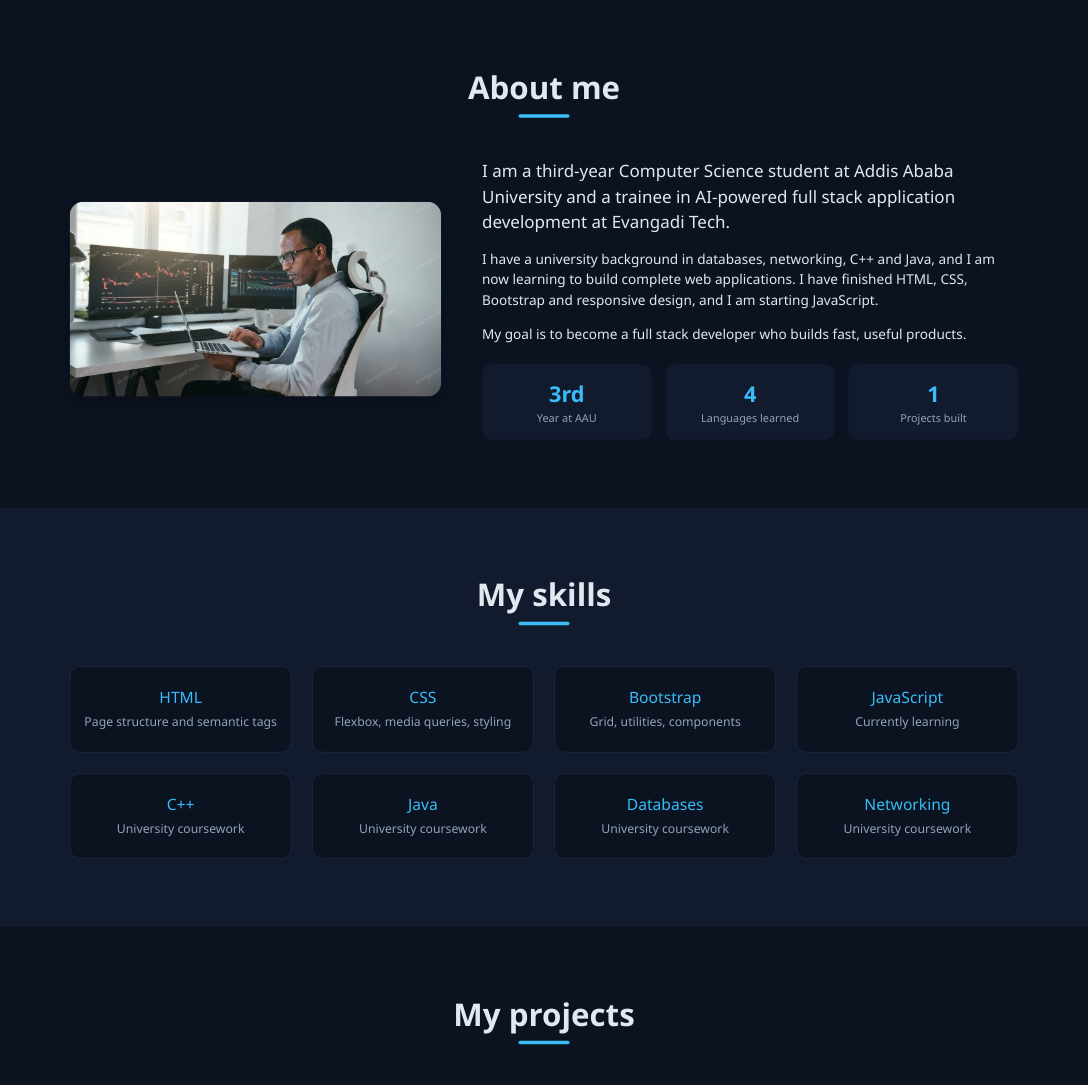
Repository: lawgaw-sefineh/MyPortfolioWebsite
Page: index.html
These files come from the project's save history. The page is drawn as it stood at one moment and after a run of saves; the edit follows.
The browser window is 1280 px wide. The pictures show the part of the page from y = 744 to 2021 px (the page is 2872 px tall), at 85% of full size.
Pictures or frames that could not be fetched are drawn as grey boxes.

Above is the page before, as saved 2026-10-06 03:27:26.

After the next 4 saves:
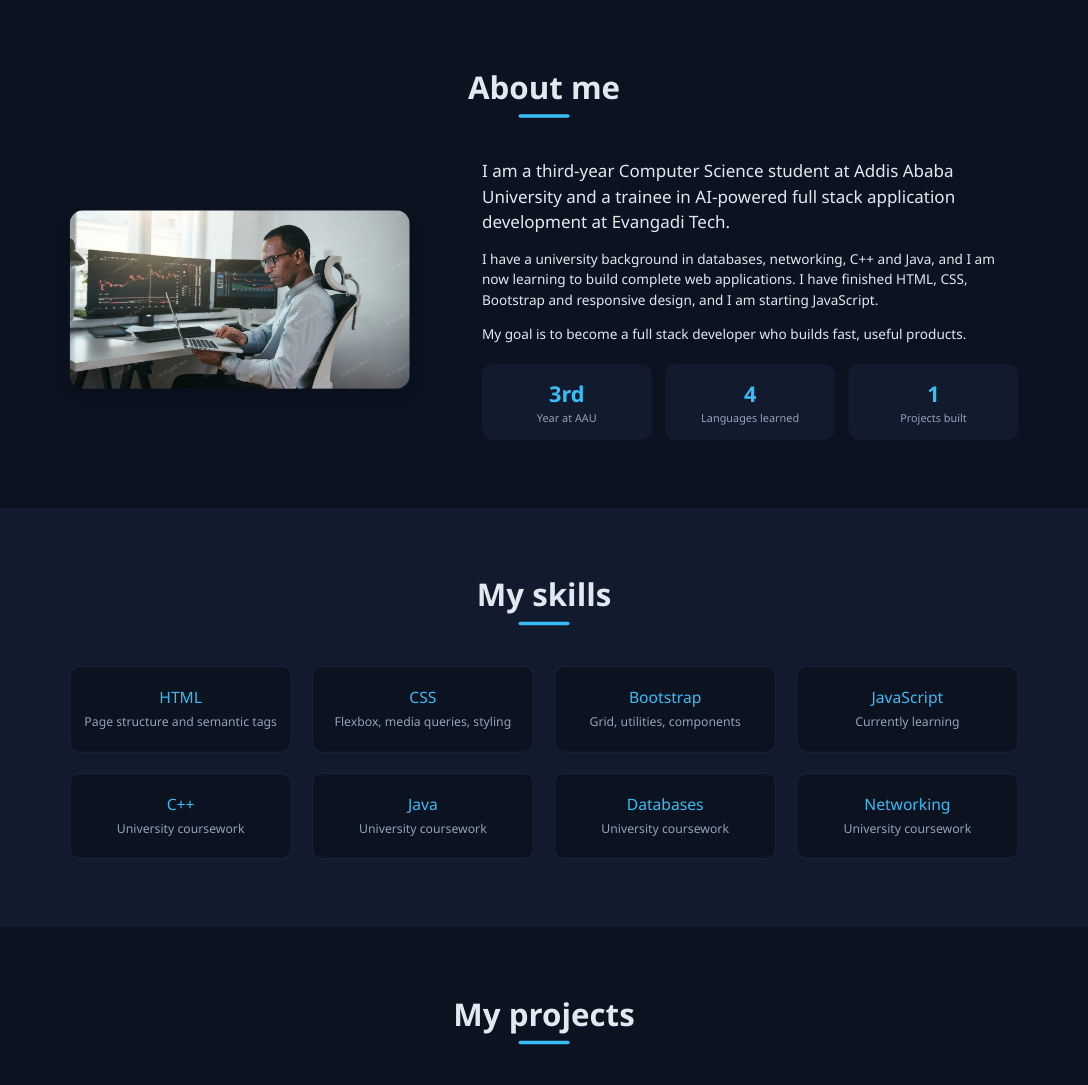
The 4 saves are shown as one change because they came seconds apart.
The last was saved 9 s later.
--- a/css/style.css
+++ b/css/style.css
@@ -54,7 +54,7 @@
 }
 .banner-photo{
     width:400px;
-    width:auto;
+    height:auto;
 }
 .hero-photo {
   width: 130px;

After the save that followed:
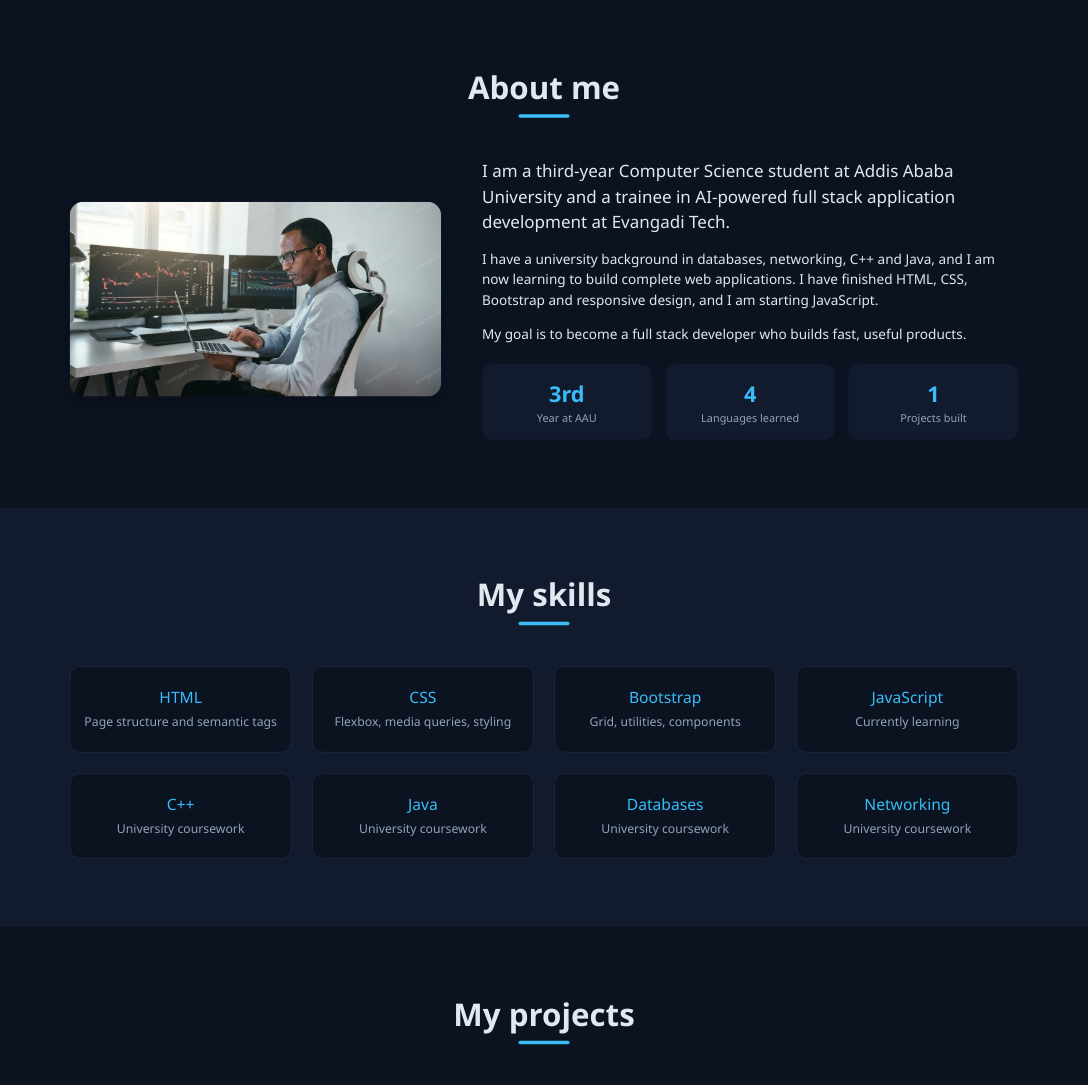
Saved 73 s later.
--- a/css/style.css
+++ b/css/style.css
@@ -53,7 +53,7 @@
   background-color: var(--bg-dark);  /* shows if the image is missing */
 }
 .banner-photo{
-    width:400px;
+    width:px;
     height:auto;
 }
 .hero-photo {
